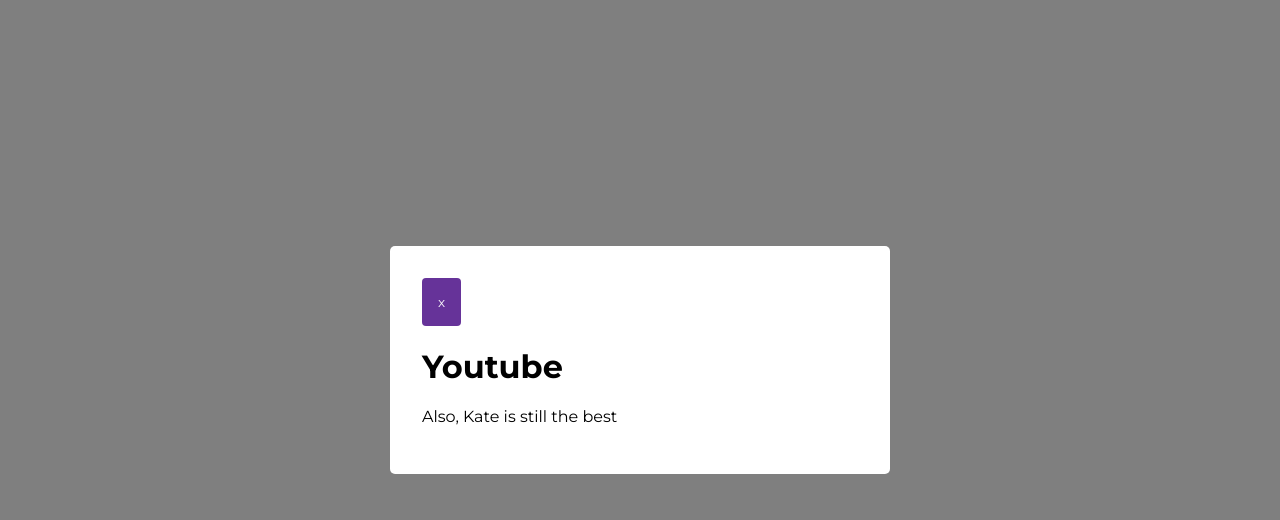
Repository: kate30980/js-practice
Page: popup-modal/index.html
These files come from the project's save history. The page is drawn as it stood at one moment and after the next save; the edit follows.
The browser window is 1280 px wide. The pictures show the whole page.

Above is the page before, as saved 2021-08-28 23:20:33.

### popup-modal/index.html
<!DOCTYPE html>
<html lang="en">

<head>
    <meta charset="UTF-8">
    <meta http-equiv="X-UA-Compatible" content="IE=edge">
    <meta name="viewport" content="width=device-width, initial-scale=1.0">
    <title>Popup-Modal</title>
    <link rel="stylesheet" href="style.css">
    <script src="script.js" defer></script>
</head>

<body>
    <button id="open">Open</button>

    <div class="popup-container">
        <div class="popup">
            <button id="close">x</button>
            <h1>Youtube</h1>
            <p>Also, Kate is still the best</p>
        </div>
    </div>
</body>

</html>

### popup-modal/style.css
 @import url('https://fonts.googleapis.com/css2?family=Montserrat:wght@300;400;600;700&display=swap');
*{
    box-sizing: border-box;
}
body{
    display: flex;
    align-items: center;
    justify-content: center;
    font-family: 'Montserrat', sans-serif;
    margin: 0;
    min-height:100vh;
}
button{
    background-color: rebeccapurple;
    color: white;
    padding: 1rem;
    border-radius: 4px;
    border:none !important;
    font-family: inherit;
}
.popup-container{
    position: fixed;
    top: 0;left: 0;bottom: 0;right: 0;
    background-color: rgba(0,0,0,0.5);
    display: flex;
    justify-content: center;
    align-items: center;
}
.popup{
    border-radius: 5px;
    background-color: white;
    padding: 2rem;
    width: 500px;
}

Loaded but not shown: popup-modal/script.js (no stored copy; drawn as an empty file)

After the next save:
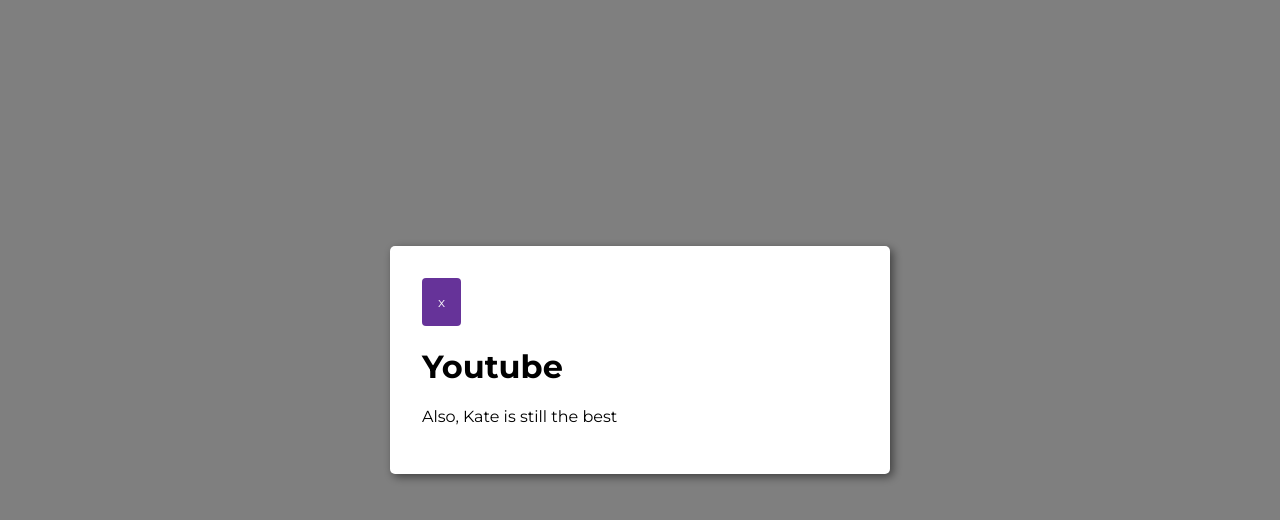
Saved 46 s later.
--- a/popup-modal/style.css
+++ b/popup-modal/style.css
@@ -31,4 +31,5 @@
     background-color: white;
     padding: 2rem;
     width: 500px;
+    box-shadow: 3px 3px 10px rgba(0,0,0,0.5);
 }
